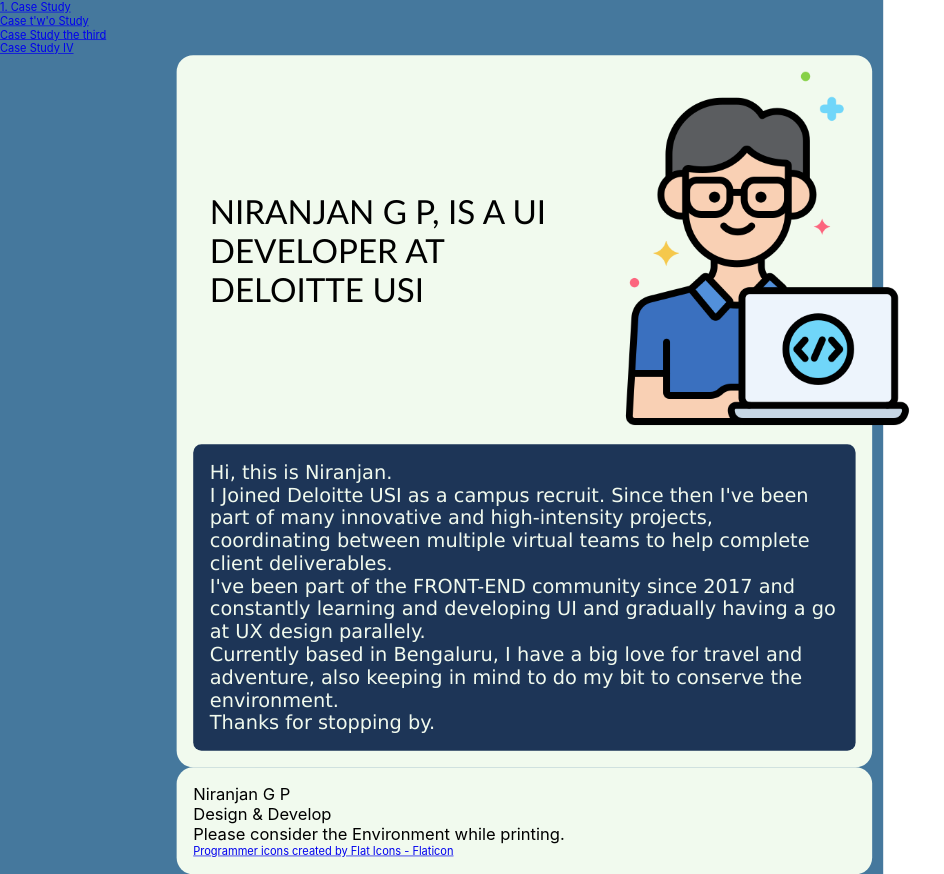
Repository: niranjangp/portfolioReact
Page: /
The author's editor kept a copy of each file at every save. The page is drawn from the files as they stood at one save, then again after the next save.
The browser window is 1280 px wide. The page is 1368 px wide, so the pictures cover 1368 px, including what lies to the right of the window. The pictures show the whole page, at 69% of full size.
The project was rebuilt for these pictures with package versions that can differ from the ones it lists, and the page was loaded fresh each time. Also part of the build but not shown: src/pages/csOne.jsx, src/pages/notFound.jsx.

Above is the page before, as saved 2022-01-31 20:18:47.

After the next save:
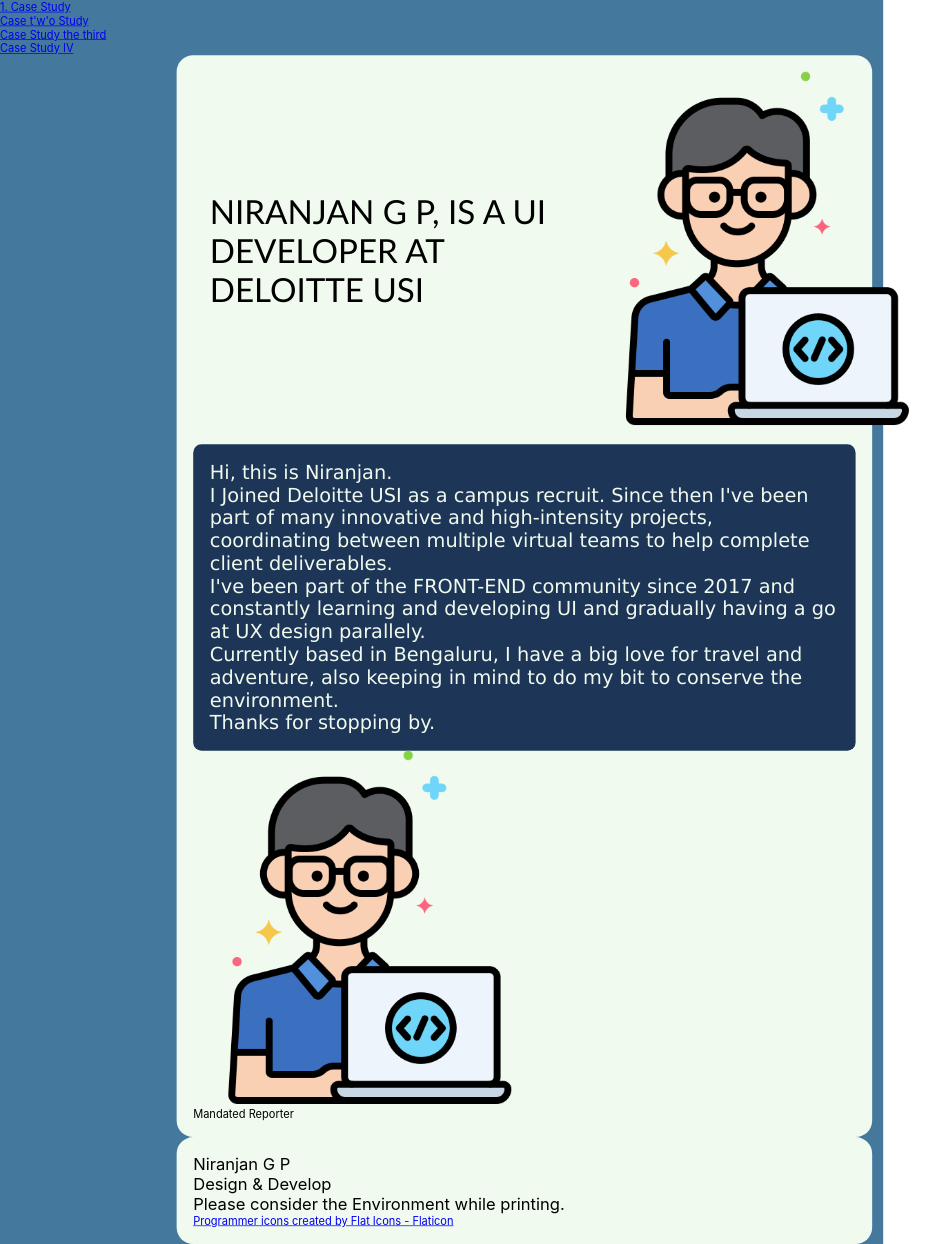
Saved 10 min 15 s later.
--- a/src/pages/enterDesign.jsx
+++ b/src/pages/enterDesign.jsx
@@ -21,6 +21,12 @@ const enterDesign = () => {
                 <p>Currently based in Bengaluru, I have a big love for travel and adventure, also keeping in mind to do my bit to conserve the environment.</p>
                 <p>Thanks for stopping by.</p>
             </div>
+            <div className='third-row'>
+                <div className="card">
+                    <img src={avatarIcon} alt="card-icon" className='card-icon'/>
+                    <p>Mandated Reporter</p>
+                </div>
+            </div>
         </React.Fragment>
     )
 };
